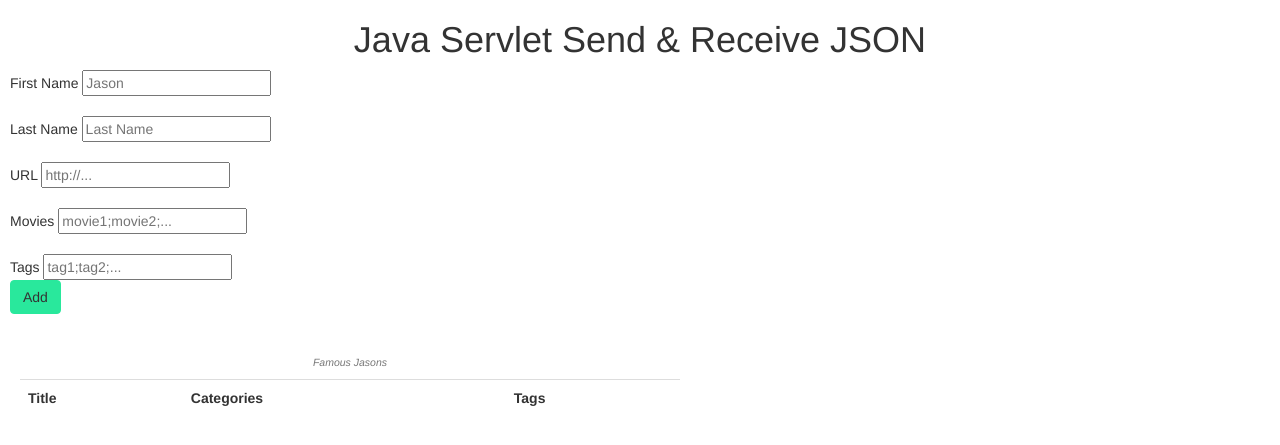
Repository: Zacharilius/JaSON
Page: JaSON_DynWebProj/WebContent/index.html
These files come from the project's save history. The page is drawn as it stood at one moment and after the next save; the edit follows.
The browser window is 1280 px wide. The pictures show the whole page.

Above is the page before, as saved 2015-02-15 16:27:44.
Not found: JaSON_DynWebProj/WebContent/js/myfunctions.js

After the next save:
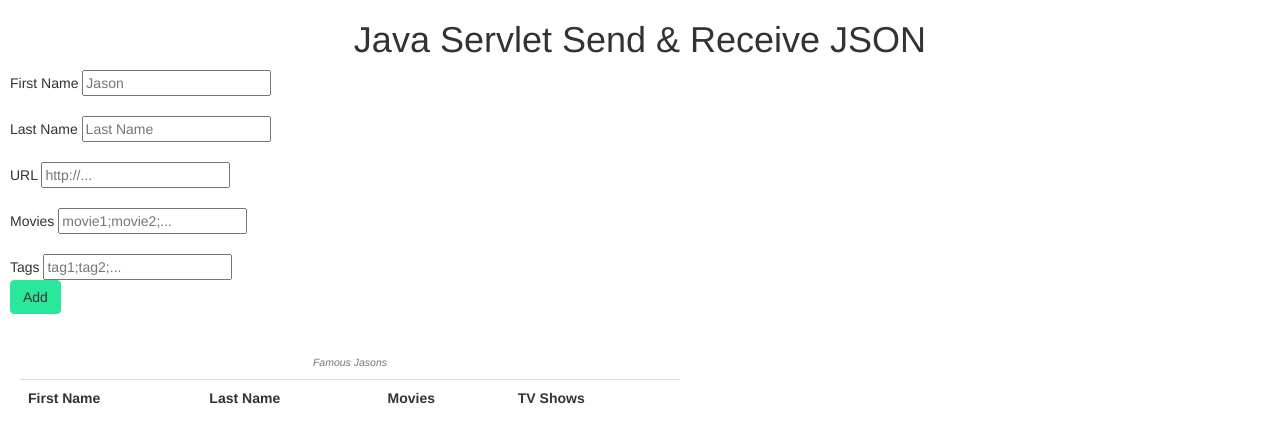
Saved 100 s later.
--- a/JaSON_DynWebProj/WebContent/index.html
+++ b/JaSON_DynWebProj/WebContent/index.html
@@ -52,11 +52,12 @@
     <div style="width:700px;padding:20px;S">
         <h5 style="text-align:center"><i style="color:#ccc"><small>Famous Jasons</small></i></h5>
 
-        <table id="added-articles" class="table">
+        <table id="added-jasons" class="table">
             <tr>
-                <th>Title</th>
-                <th>Categories</th>
-                <th>Tags</th>
+                <th>First Name</th>
+                <th>Last Name</th>
+                <th>Movies</th>
+                <th>TV Shows</th>
             </tr>
         </table>
     </div>
